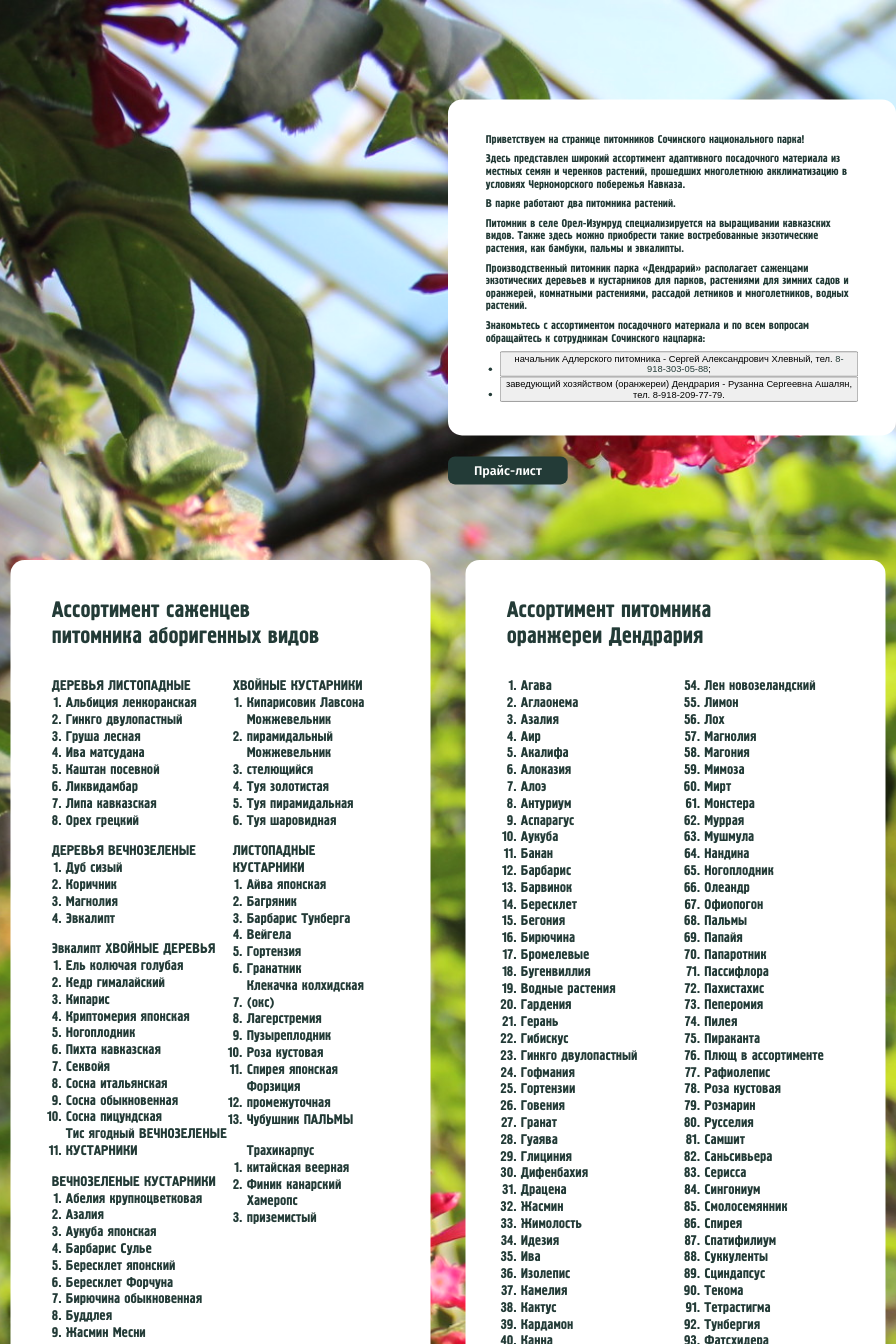
Repository: sem1103/np-sochi
Page: index.html
These files come from the project's save history. The page is drawn as it stood at one moment and after the next save; the edit follows.
The browser window is 1280 px wide. The pictures show the part of the page from y = 0 to 1920 px (the page is 2501 px tall before and 2622 px after), at 70% of full size.

Above is the page before, as saved 2024-01-17 22:20:15.

After the next save:
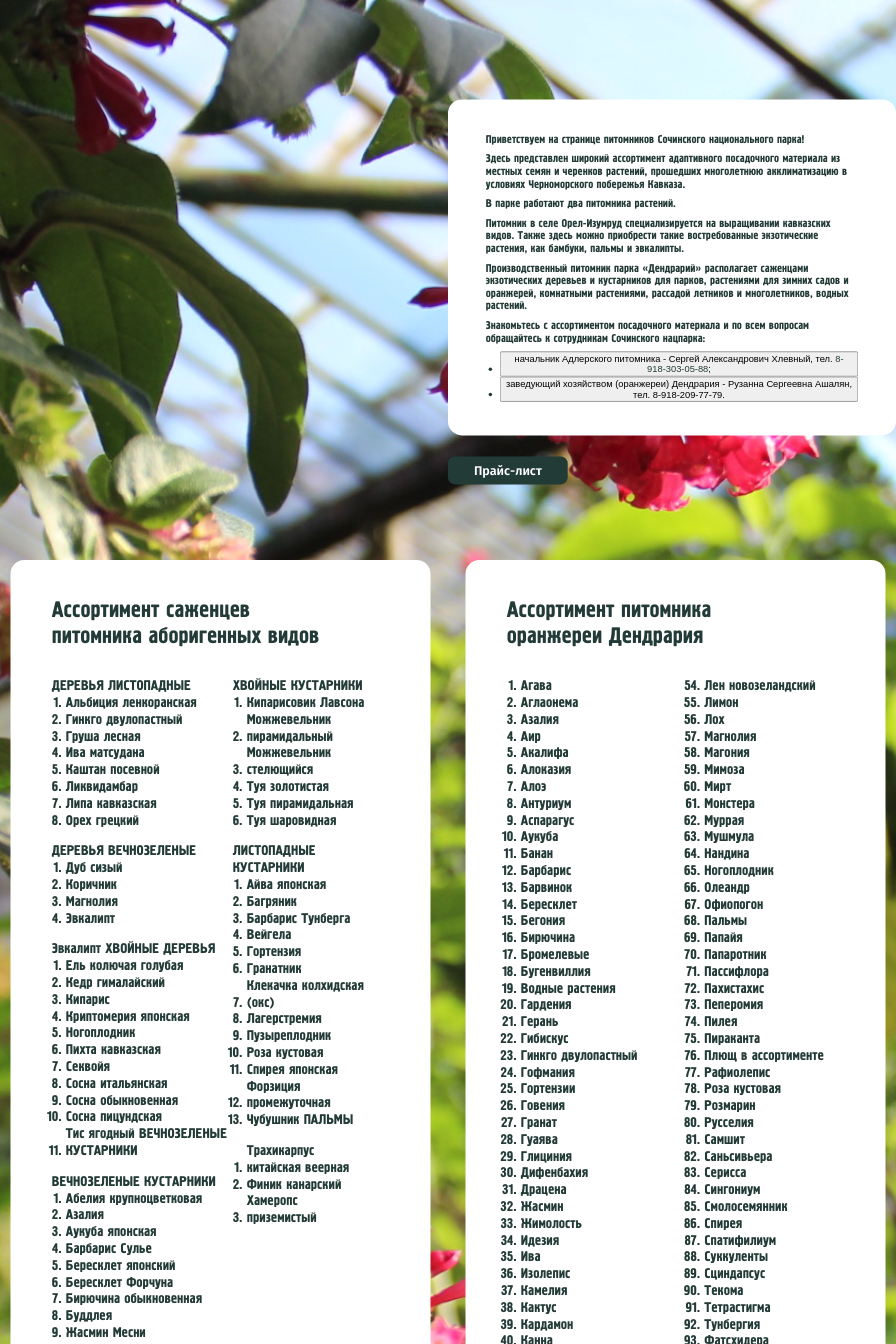
Saved 28 s later.
--- a/styles/main.css
+++ b/styles/main.css
@@ -59,6 +59,7 @@ h5{
     display: flex;
     flex-direction: row;
     justify-content: space-between;
+    padding-bottom: 121px;
 }
 .item{
     flex-basis: calc(50% - 25px);
